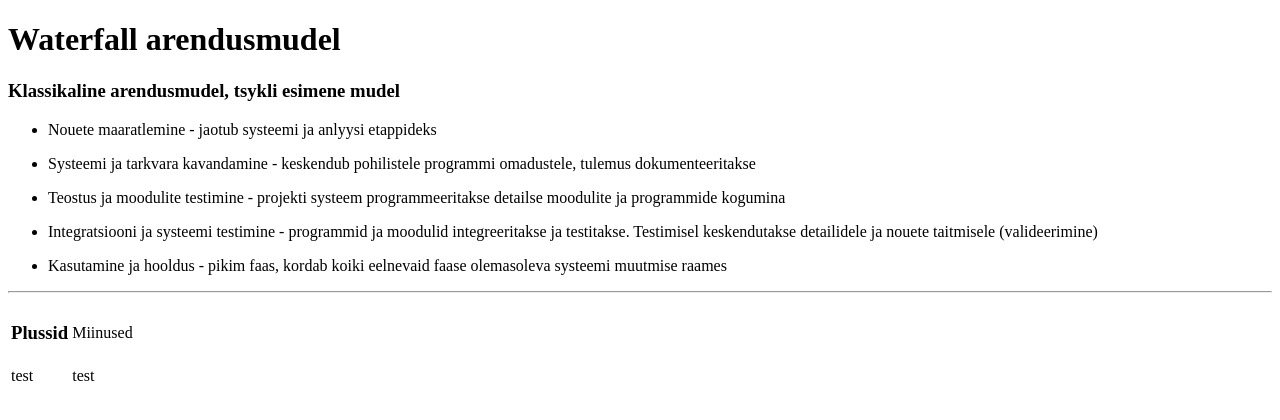
Repository: annemariv/Targe24
Page: elutsykkel/waterfall.html
An editor plug-in stored every save of this project. The page is shown before and after the next save, followed by the edit.
The browser window is 1280 px wide. The pictures show the whole page.

Above is the page before, as saved 2024-11-06 18:55:38.

After the next save:
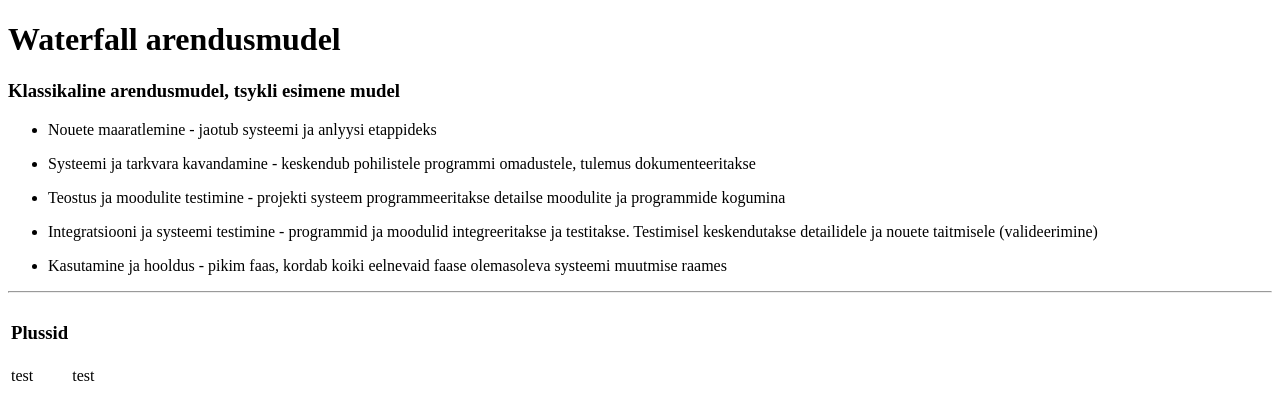
Saved 5 s later.
--- a/elutsykkel/waterfall.html
+++ b/elutsykkel/waterfall.html
@@ -36,7 +36,7 @@
     <table>
         <tr>
             <td><h3>Plussid</h3></td>
-            <td>Miinused</td>
+            <td><h3></h3></td>
         </tr>
         <tr>
             <td>test</td>
